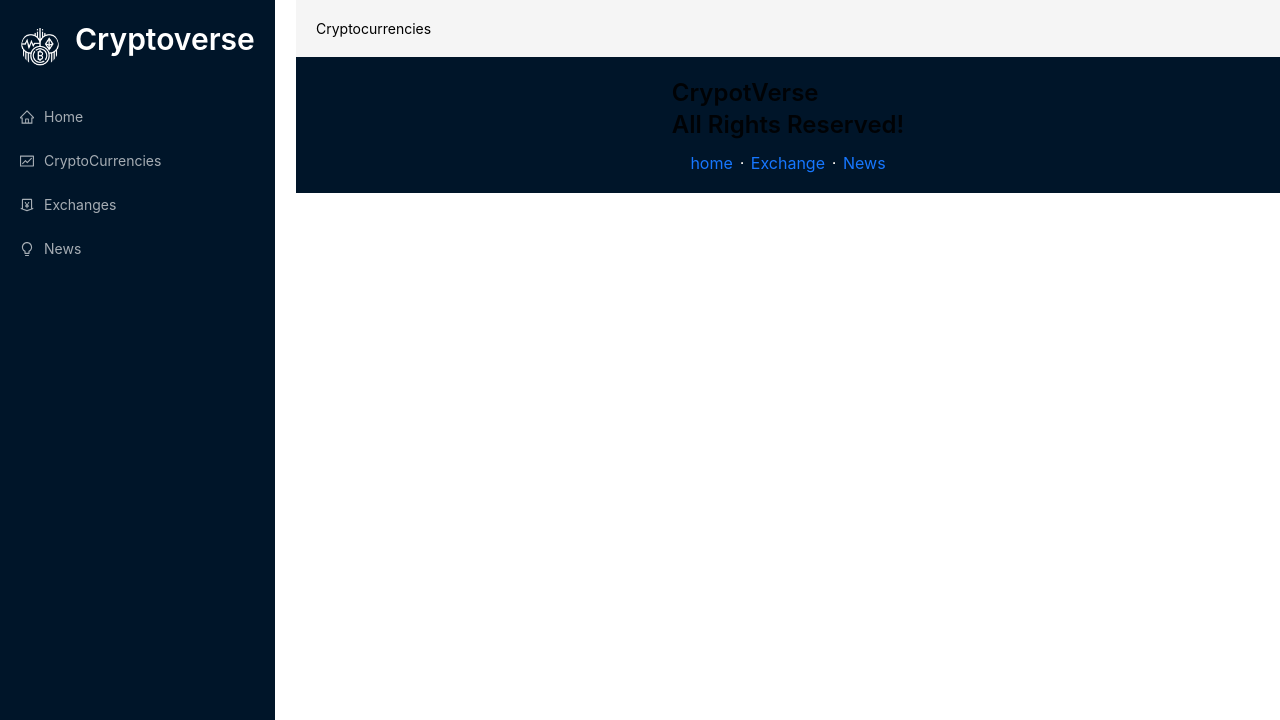
Repository: EyanIngles/CryptoWatcher
Page: /cryptocurrencies
These files come from the project's save history. The page is drawn as it stood at one moment and after the next save; the edit follows.
The browser window is 1280 px wide. The pictures show the whole page.
The project was rebuilt for these pictures with package versions that can differ from the ones it lists, and the page was loaded fresh each time. Also part of the build but not shown: src/components/CryptoDetails.jsx, src/components/Exchanges.jsx, src/components/News.jsx.

Above is the page before, as saved 2024-05-01 10:20:09.

After the next save:
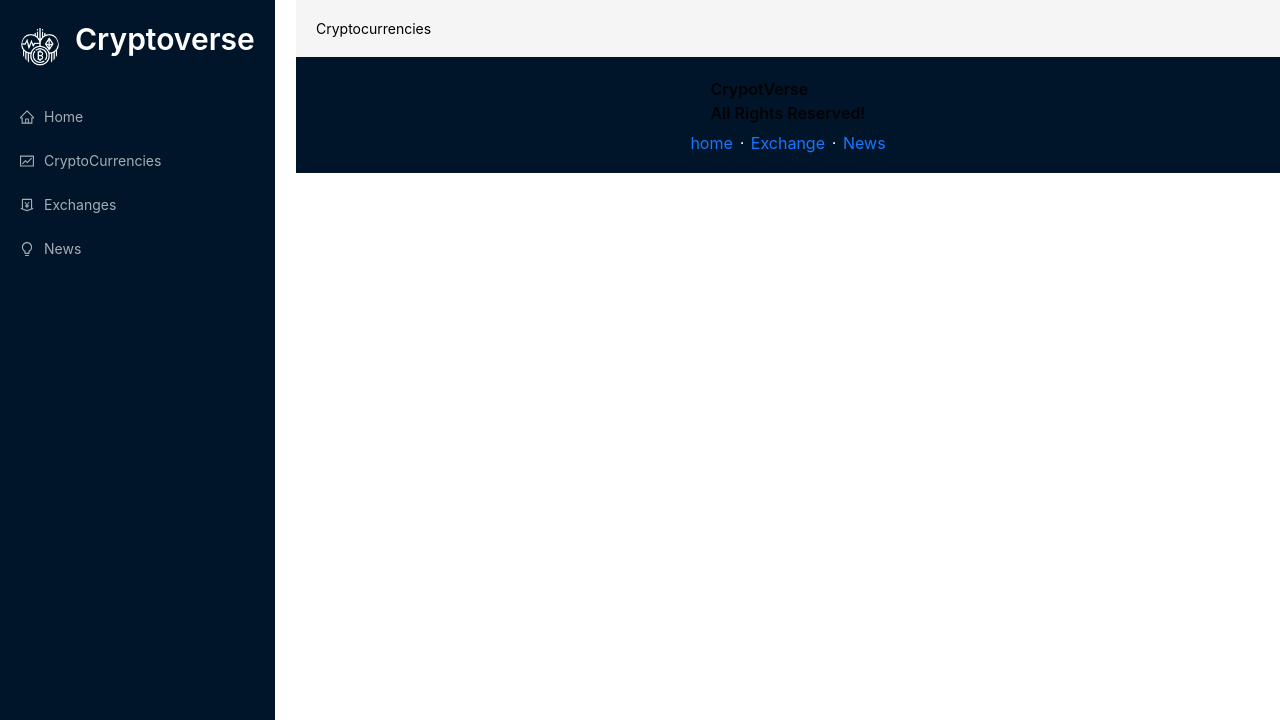
Saved 14 s later.
--- a/src/App.js
+++ b/src/App.js
@@ -25,7 +25,7 @@ const App = () => {
           </div>
         </Layout>
       <div className='footer'>
-        <Typography.Title level={3} styles={{ color: "white", textAlign: "center" }}>
+        <Typography.Title level={5} styles={{ color: "white", textAlign: "center" }}>
           CrypotVerse<br/>
           All Rights Reserved!
         </Typography.Title>
